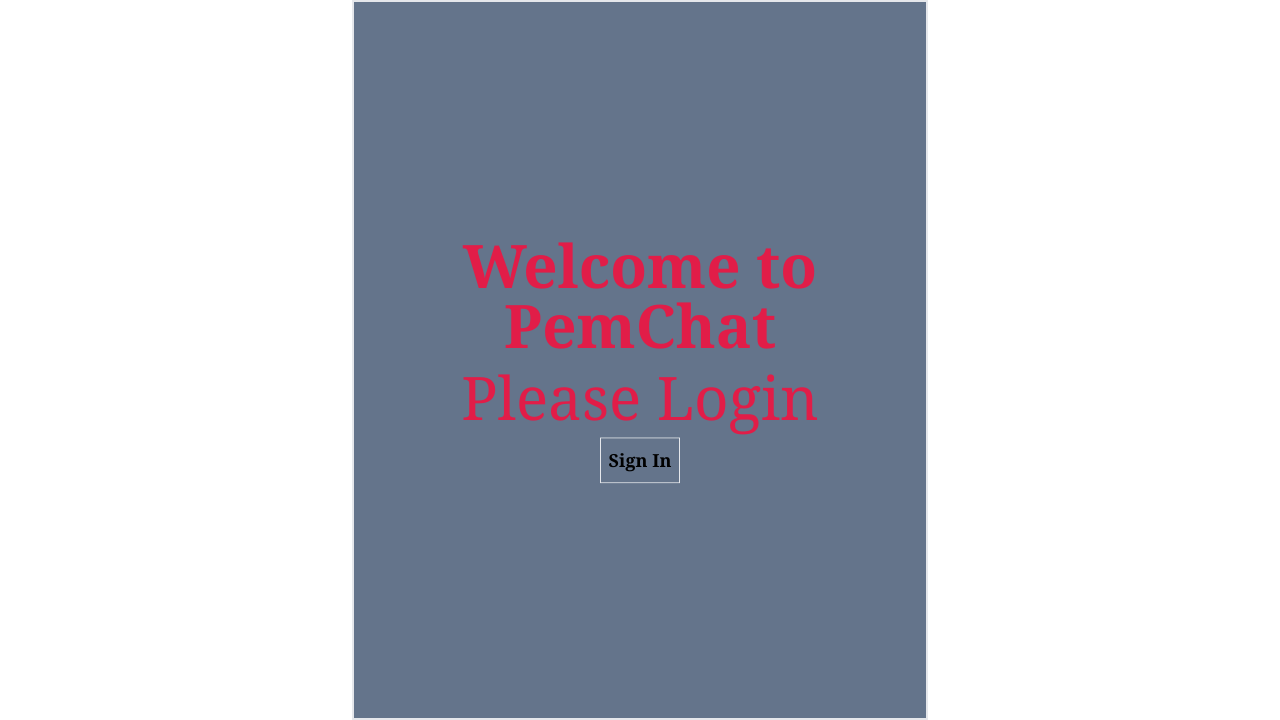
Repository: Semanmernstack/chat-mini
Page: /
An editor plug-in stored every save of this project. The page is shown before and after the next save, followed by the edit.
The browser window is 1280 px wide. The pictures show the whole page.
The project was rebuilt for these pictures with package versions that can differ from the ones it lists, and the page was loaded fresh each time. Also part of the build but not shown: src/SidebarList.js, src/Sidebar.js, src/BodyHeader.js, src/Message.js, src/Body.js.

Above is the page before, as saved 2022-11-16 08:17:06.

### src/app/store.js
import { configureStore } from '@reduxjs/toolkit';
import userReducer from '../features/userSlice';
import appReducer from '../features/appSlice';

export const store = configureStore({
  reducer: {
    user: userReducer,
    app: appReducer,

  },
});

### src/App.js
import React, { useEffect } from 'react';


import Sidebar from './Sidebar';
import Body from './Body';
import { useDispatch, useSelector } from 'react-redux';
import { login, logout, selectUser } from './features/userSlice';
import Login from './Login';
import { onAuthStateChanged } from 'firebase/auth';
import { auth } from './firebase';


function App() {
  const user = useSelector(selectUser)
  const dispatch = useDispatch();

  useEffect(() =>  {
    onAuthStateChanged(auth, authuser => {
      if(authuser) {
        dispatch(login({
          uid: authuser.uid,
          displayName: authuser.displayName,
          email: authuser.email,
          photo: authuser.photoURL,
        }))
      } else {dispatch(logout())}
    })
  }, [dispatch])



  return (

    <div className="flex  items-center overflow-hidden  overflow-y-hidden sm:max-w-[560] lg:max-w-xl    h-screen  md:max-w-[700px]    mx-auto border-2">

       {user ? (
        <>
        <div className=" flex-[0.4]  ">

        <Sidebar/>
      </div>
      <div className=" flex-[0.6] ">
        <Body/>
      </div>
      </>

       ) : (
        <Login/>
       )}
    </div>
  );
}

export default App;

### src/features/userSlice.js
import {  createSlice } from '@reduxjs/toolkit';





export const userSlice = createSlice({
  name: 'user',
  initialState: {
    user: null,
  },

  reducers: {
    login: (state, action) => {

      state.user = action.payload;
    },
    logout: (state) => {
      state.user = null;
    },

  },
})

export const { login, logout } = userSlice.actions;


export const selectUser = (state) => state.user.user;



export default userSlice.reducer;

### src/features/appSlice.js
import {  createSlice } from '@reduxjs/toolkit';





export const appSlice = createSlice({
  name: 'app',
  initialState: {
    channelId: null,
    channelName: null,
  },

  reducers: {
    setChannelInfo: (state, action) => {

      state.channelId = action.payload.channelId;
      state.channelName = action.payload.channelName;
    },



  },
})

export const { setChannelInfo } = appSlice.actions;


export const selectChannelId = (state) => state.app.channelId;
export const selectChannelName = (state) => state.app.channelName;


export default appSlice.reducer;

### src/Login.js
import { GoogleAuthProvider, signInWithPopup } from 'firebase/auth'
import React from 'react'
import { auth } from './firebase'

function Login() {

    const SignIn = () => {
        const provider = new GoogleAuthProvider()
        signInWithPopup(auth, provider)
        .then(res => {
        alert("You have succefully log in")
        }).catch((error) => alert (error.message) )
    }
  return (
    <div className="flex font-serif flex-col w-screen bg-slate-500 text-center mx-auto items-center h-screen justify-center">
        <div className=" flex flex-col items-center  text-rose-600  text-3xl md:text-4xl lg:text-6xl">
            <h1 className="font-extrabold mb-3">Welcome to PemChat</h1>
            <h2>Please Login</h2>
        </div>
        <button onClick={SignIn} className="mt-3 border p-2 font-extrabold text-lg cursor-pointer animate-bounce">Sign In</button>
    </div>
  )
}

export default Login

### src/firebase.js

import { initializeApp } from "firebase/app";
import { getAuth } from "firebase/auth";
import { getFirestore } from "firebase/firestore";
const firebaseConfig = {
  apiKey: "AIzaSyAdXaswUjs-QE-MMolXHmAvIeDrrgoGO_4",
  authDomain: "chat-mini-16fc0.firebaseapp.com",
  projectId: "chat-mini-16fc0",
  storageBucket: "chat-mini-16fc0.appspot.com",
  messagingSenderId: "267350805735",
  appId: "1:267350805735:web:5e85360687453f5203e642"
};


const app = initializeApp(firebaseConfig);
export const auth = getAuth(app)
export const db = getFirestore(app)

Loaded but not shown: public/index.html (common file); src/index.js (common file); src/reportWebVitals.js (common file); src/index.css (common file); tailwind.config.js (common file)

After the next save:
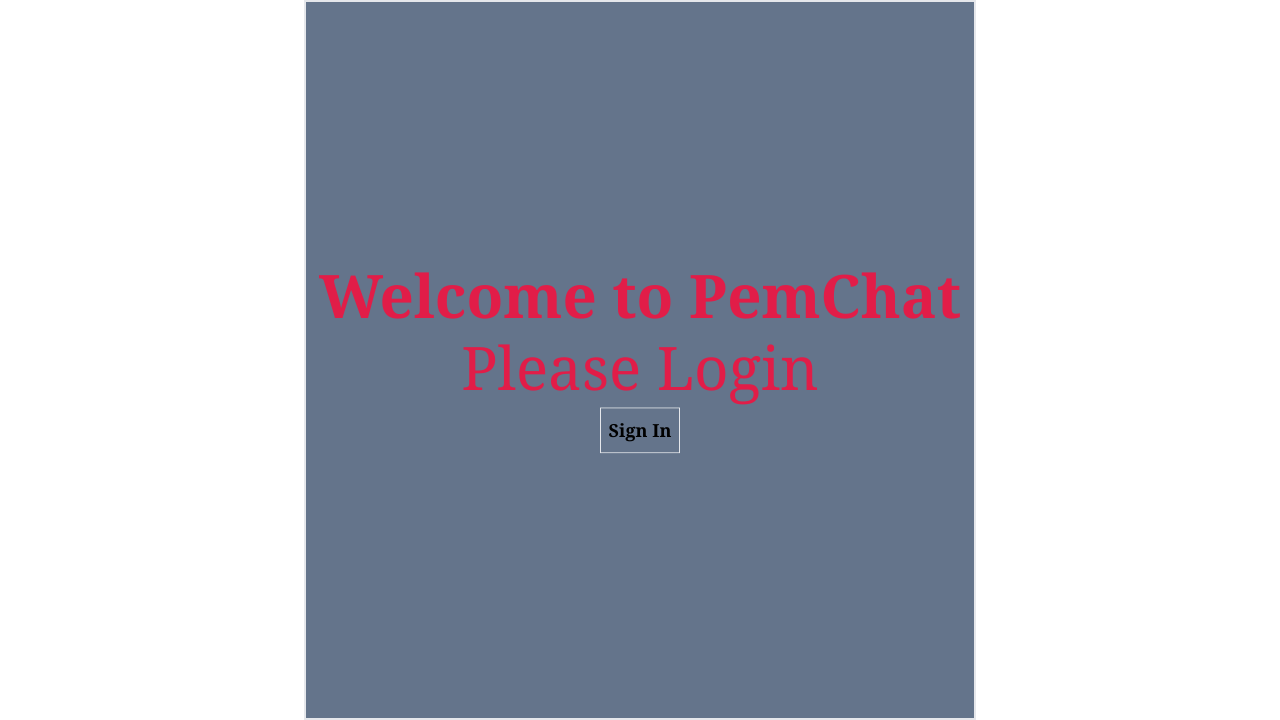
Saved 23 s later.
--- a/src/App.js
+++ b/src/App.js
@@ -31,7 +31,7 @@ function App() {
 
   return (
 
-    <div className="flex  items-center overflow-hidden  overflow-y-hidden sm:max-w-[560] lg:max-w-xl    h-screen  md:max-w-[700px]    mx-auto border-2">
+    <div className="flex  items-center overflow-hidden  overflow-y-hidden sm:max-w-[560] lg:max-w-2xl    h-screen  md:max-w-[700px]    mx-auto border-2">
 
        {user ? (
         <>
